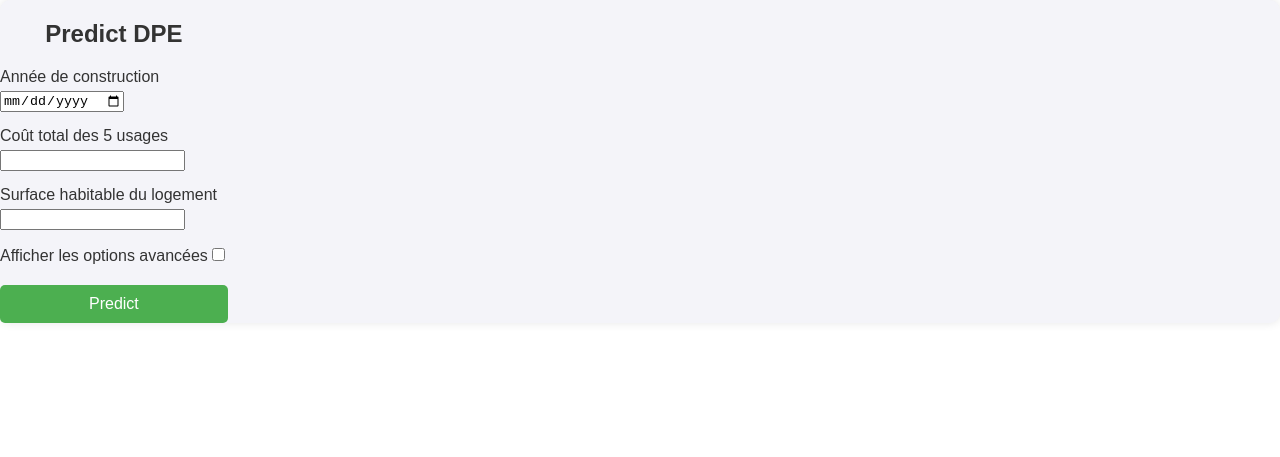
Repository: abdouAppcraft/Predict-DPE
Page: /
The author's editor kept a copy of each file at every save. The page is drawn from the files as they stood at one save, then again after the next save.
The browser window is 1280 px wide. The pictures show the whole page.
The page's requests for data from a server got no answer. The project was rebuilt for these pictures with package versions that can differ from the ones it lists, and the page was loaded fresh each time. No one was signed in, and anything a server would have sent is missing. Also part of the build but not shown: src/screens/Result/Result.tsx.

Above is the page before, as saved 2024-06-11 17:07:37.

### src/App.tsx
import React from "react";
import PredictForm from "./screens/PredictForm/PredictForm";
import { createBrowserRouter, RouterProvider } from "react-router-dom";
import Result from "./screens/Result/Result";

const router = createBrowserRouter([
  {
    path: "/",
    Component: PredictForm,
  },
  {
    path: "/result",
    Component: Result,
  },
]);

const App: React.FC = () => {
  return (
    <>
      <RouterProvider router={router} />
    </>
  );
};

export default App;

### src/screens/PredictForm/PredictForm.tsx
import React, { useState } from "react";
import { useNavigate } from "react-router-dom";
import { useDpeOptions } from "../../hooks/useDpeOptions";
import "./PredictForm.css";
import strings from "../../strings/string";
import axios from "axios";
import computeData from "../../utils/computeData";

type Field = {
  name: string;
  type: string;
};

const field: Field[] = [
  { name: "Annee_construction", type: "date" },
  { name: "Cout_total_5_usages", type: "number" },
  { name: "Surface_habitable_logement", type: "number" },
];

const advancedField: Field[] = [
  { name: "Qualite_isolation_enveloppe", type: "select" },
  { name: "Type_energie_principale_chauffage", type: "select" },
  { name: "Type_installation_chauffage", type: "select" },
  { name: "Code_postal_BAN", type: "address" },
  { name: "Conso_5_usages_e_finale", type: "number" },
  { name: "Conso_5_usagesm2_e_finale", type: "number" },
  { name: "Emission_GES_5_usages", type: "number" },
  { name: "Emission_GES_5_usages_par_m2", type: "number" },
  { name: "Cout_chauffage", type: "number" },
  { name: "Cout_ECS", type: "number" },
  { name: "Qualite_isolation_menuiseries", type: "select" },
];

const PredictForm: React.FC = () => {
  const [formData, setFormData] = useState<Record<string, any>>({});
  const [advancedOp, setAdvancedOp] = useState<boolean>(false);

  const [prediction, setPrediction] = useState<string | null>(null);
  const navigate = useNavigate();
  const options = useDpeOptions();

  console.log({ options });

  const handleChange = (
    e: React.ChangeEvent<HTMLInputElement | HTMLSelectElement>
  ) => {
    const { name, value, type } = e.target;
    if (type === "checkbox") {
      setFormData({
        ...formData,
        [name]: (e.target as HTMLInputElement).checked,
      });
    } else {
      setFormData({
        ...formData,
        [name]: value,
      });
    }
  };

  const handleSubmit = async (e: React.FormEvent) => {
    e.preventDefault();
    try {
      const response = await axios.post(
        "http://localhost:8000/",
        computeData(formData)
      );
      // console.log("Prediction Response:", response.data); // Ajoutez ce journal pour voir la réponse
      // setPrediction(response.data.predicted_DPE);
      if (response.data) {
        setPrediction(JSON.stringify(response.data));
      }
    } catch (error) {
      console.error("There was an error making the request:", error);
    }
  };

  const renderRow = (f: Field) => {
    switch (f.type) {
      case "select":
        return (
          <div className="form-group">
            <label>{strings[f.name as keyof typeof strings]}</label>
            <select
              name={f.name}
              value={formData[f.name]}
              onChange={handleChange}
              required
            >
              {options &&
                Object.hasOwn(options, f.name) &&
                options[f.name as keyof typeof options].map(
                  (option: string) => {
                    return <option>{option} </option>;
                  }
                )}
            </select>
          </div>
        );

      default:
        return (
          <>
            <div className="form-group">
              <label>{strings[f.name as keyof typeof strings]}</label>
              <input
                type={f.type}
                name={f.name}
                value={formData[f.name]}
                onChange={handleChange}
                required
              />
            </div>
          </>
        );
    }
  };

  return (
    <main className="predict-form">
      <section>
        <h1>Predict DPE</h1>
        <form onSubmit={handleSubmit}>
          {field.map((f) => renderRow(f))}
          <div
            className="form-group"
            style={{ display: "flex", alignItems: "baseline" }}
          >
            <label htmlFor="advancedField">
              {advancedOp
                ? "Masquer les Options avancées"
                : "Afficher les options avancées"}
            </label>
            <input
              type="checkbox"
              name="advancedField"
              checked={advancedOp}
              onChange={(e) => setAdvancedOp(!advancedOp)}
            />
          </div>
          {advancedOp && advancedField.map((f) => renderRow(f))}
          <button type="submit" className="submit-btn">
            Predict
          </button>
        </form>
      </section>
      {prediction && (
        <section>
          <h2>Predicted DPE: {prediction}</h2>
        </section>
      )}
    </main>
  );
};

export default PredictForm;

### src/hooks/useDpeOptions.tsx
import axios from "axios";
import { useEffect, useState } from "react";

type DPE_Options_Type = {
  Qualite_isolation_enveloppe: string[];
  Type_energie_principale_chauffage: string[];
  Type_installation_chauffage: string[];
  Qualite_isolation_menuiseries: string[];
};
export const useDpeOptions = () => {
  const [options, setOptions] = useState<DPE_Options_Type>();

  useEffect(() => {
    axios
      .get<DPE_Options_Type>("http://127.0.0.1:8000/dpe/options")
      .then((res) => {
        setOptions(res.data);
      });
  }, []);

  return options;
};

### src/screens/PredictForm/PredictForm.css
.predict-form {
    margin: 0;
    background-color: #f4f4f9;
    border-radius: 10px;
    box-shadow: 0 0 10px rgba(0, 0, 0, 0.1);
    font-family: Arial, sans-serif;
    display: flex;
    gap: 1rem;

    h1 {
        text-align: center;
        color: #333;
    }

    .form-group {
        margin-bottom: 15px;

        label {
            display: block;
            margin-bottom: 5px;
            color: #333;
        };

        select {
            width: calc(100% - 20px);
            padding: 10px;
            border: 1px solid #ccc;
            border-radius: 5px;
            font-size: 16px;
        }
    }

}





.form-group input,
.form-group

.form-group input[type="checkbox"] {
    width: auto;
}

.submit-btn {
    width: 100%;
    padding: 10px;
    background-color: #4CAF50;
    color: white;
    border: none;
    border-radius: 5px;
    font-size: 16px;
    cursor: pointer;
    transition: background-color 0.3s ease;
}

.submit-btn:hover {
    background-color: #45a049;
}

h2 {
    text-align: center;
    color: #333;
    margin-top: 20px;
}

body {
    margin:  none;
}

### src/strings/string.ts
const strings = {
  Annee_construction: "Année de construction",
  Cout_total_5_usages: "Coût total des 5 usages",
  Surface_habitable_logement: "Surface habitable du logement",
  Qualite_isolation_enveloppe: "Qualité de l'isolation de l'enveloppe",
  Type_energie_principale_chauffage: "Type d'énergie principale de chauffage",
  Type_installation_chauffage: "Type d'installation de chauffage",
  Code_postal_BAN: "Code postal BAN",
  Conso_5_usages_e_finale: "Consommation des 5 usages en énergie finale",
  Conso_5_usagesm2_e_finale:
    "Consommation des 5 usages par m² en énergie finale",
  Emission_GES_5_usages: "Émission de GES des 5 usages",
  Emission_GES_5_usages_par_m2: "Émission de GES des 5 usages par m²",
  Cout_chauffage: "Coût du chauffage",
  Cout_ECS: "Coût de l'ECS",
  Qualite_isolation_menuiseries: "Qualité de l'isolation des menuiseries",
};

export default strings;

### src/utils/computeData.ts
const computeData = (data: Record<string, any>) => {
  const newData = { ...data };
  for (var key in data) {
    if (key === "Annee_construction") {
      newData[key] = new Date(data[key]).getFullYear;
    }
  }
  return newData;
};

export default computeData;

Loaded but not shown: public/index.html (common file); src/index.tsx (common file); src/index.css (common file); src/reportWebVitals.ts (common file)

After the next save:
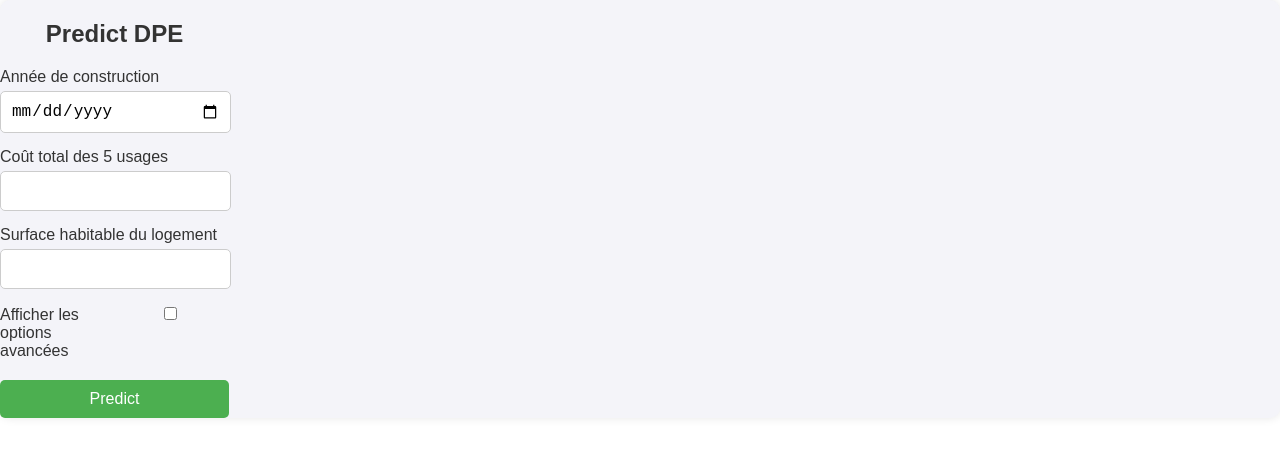
Saved 12 s later.
--- a/src/screens/PredictForm/PredictForm.css
+++ b/src/screens/PredictForm/PredictForm.css
@@ -21,7 +21,7 @@
             color: #333;
         };
 
-        select {
+        input, select {
             width: calc(100% - 20px);
             padding: 10px;
             border: 1px solid #ccc;
@@ -36,7 +36,7 @@
 
 
 
-.form-group input,
+.form-group ,
 .form-group
 
 .form-group input[type="checkbox"] {
